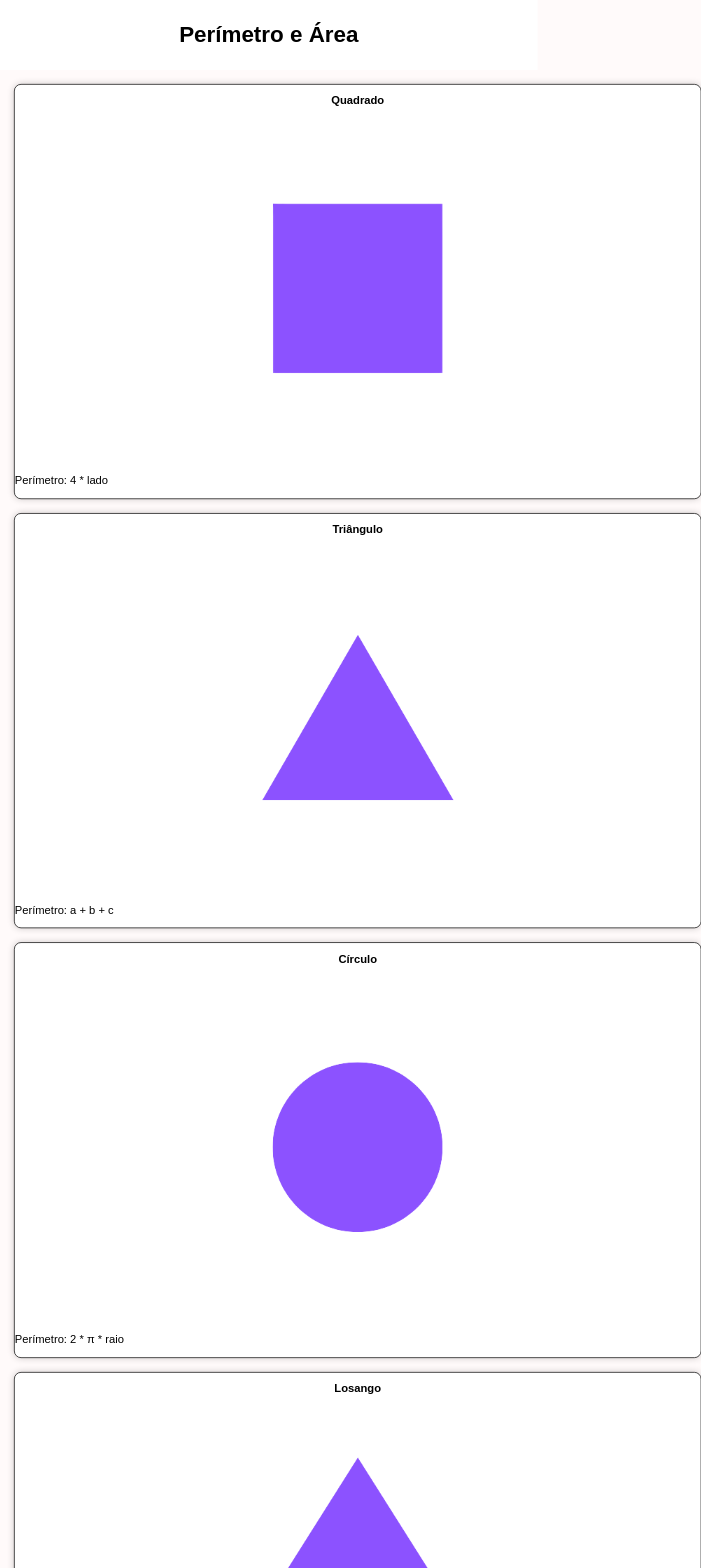
Repository: Matheus904-12/JAVASCRIPT
Page: index.html
The author's editor kept a copy of each file at every save. The page is drawn from the files as they stood at one save, then again after the next save.
The browser window is 768 px wide. The page is 1002 px wide, then 768 px, so the pictures cover 1002 px, including what lies to the right of the window. The pictures show the part of the page from y = 0 to 2240 px (the page is 2613 px tall before and 2653 px after), at 70% of full size.

Above is the page before, as saved 2023-09-10 22:12:52.

### index.html
<!DOCTYPE html>
<html>
<head>
  <title>Perímetro e Área</title>
  <meta charset="utf-8">
  <meta name="viewport" content="width=device-width, initial-scale=1">
  <link rel="stylesheet" href="style.css">
</head>
<body>
  <header>
    <center><h1>Perímetro e Área</h1></center>
  </header>
  <main>
    <div class="catalog">
      <div class="box" onclick="showQuestions('quadrado')">
        <h2 class="title">Quadrado</h2>
        <img class="image" src="Quadrado-removebg-preview.png" alt="Imagem 3">
        <p>Perímetro: 4 * lado</p>
      </div>
      <div class="box" onclick="showQuestions('triangulo')">
        <h2 class="title">Triângulo</h2>
        <img class="image" src="Triângulo-removebg-preview.png" alt="Imagem 3">
        <p>Perímetro: a + b + c</p>
      </div>
      <div class="box" onclick="showQuestions('circulo')">
        <h2 class="title">Círculo</h2>
        <img class="image" src="Círculo-removebg-preview.png" alt="Imagem 3">
        <p>Perímetro: 2 * π * raio</p>
      </div>
      <div class="box" onclick="showQuestions('losango')">
        <h2 class="title">Losango</h2>
        <img class="image" src="Losango-removebg-preview.png" alt="Imagem 3">
        <p>Perímetro: 4 * diagonal</p>
      </div>
    </div>
  </main>
  <footer>
    <p>O perímetro de uma figura é a distância ao redor dela.</p>
  </footer>
  <div id="questions" style="display: none;">
    <input type="text" id="question1" placeholder="Pergunta 1">
    <input type="text" id="question2" placeholder="Pergunta 2">
    <input type="button" value="Calcular" onclick="calculatePerimeter()">
  </div>
  <div id="results" style="display: none;">
    <h2>Resultados:</h2>
    <p id="result1"></p>
    <p id="result2"></p>
  </div>
  <script>
    var shape = '';

    function showQuestions(selectedShape) {
      shape = selectedShape;
      var questionsDiv = document.getElementById('questions');
      questionsDiv.style.display = 'block';

      var resultsDiv = document.getElementById('results');
      resultsDiv.style.display = 'none';
    }

    function calculatePerimeter() {
      var question1Value = document.getElementById('question1').value;
      var question2Value = document.getElementById('question2').value;

      if (shape === 'quadrado') {
        var sideLength = parseFloat(question1Value);
        var perimeter = 4 * sideLength;
        document.getElementById('result1').innerHTML = 'Perímetro: ' + perimeter + ' unidades';
        document.getElementById('result2').innerHTML = '';
      } else if (shape === 'triangulo') {
        // Lógica para triângulo
      } else if (shape === 'circulo') {
        // Lógica para círculo
      } else if (shape === 'losango') {
        // Lógica para losango
      }

      var questionsDiv = document.getElementById('questions');
      questionsDiv.style.display = 'none';

      var resultsDiv = document.getElementById('results');
      resultsDiv.style.display = 'block';
    }
  </script>
</body>
</html>

### style.css
body {
  font-family: sans-serif;
  margin: 0;
  padding: 0;
  background-color: snow;
}

header {
  background-color: #fff;
  padding: 10px;
}

main {
  width: 1000px;
  margin: 0 auto;
}

.catalog {
  display: flex;
  flex-wrap: wrap;
  margin: 10px;
  justify-content: space-around;
}

.box {
  width: 200px;
  height: 200px;
  border: 1.5px solid black;
  margin: 10px;
  background-color: #fff;
  border-radius: 10px;
  transition: all 0.5s ease-in-out;
  box-shadow: 0 0 10px 0 rgba(0, 0, 0, 0.2);
}

.box:hover {
  transform: scale(1.1);
  box-shadow: 0 0 20px 0 rgba(0, 0, 0, 0.4);
}

.title {
  font-size: 20px;
  text-align: center;
  margin-bottom: 10px;
}

.image {
  display: block;
  margin: 5px auto;
  max-width: 100%;
  max-height: 100%;
  height: 100%;
}

@media (max-width: 768px) {
  .catalog {
    flex-direction: column;
  }

  .box {
    width: 100%;
    height: 100%;
  }

  .title {
    font-size: 16px;
  }

  .image {
    margin: 0 auto;
  }
}

@keyframes title-animation {
  0% {
    opacity: 1;
  }
  50% {
    opacity: 0.5;
  }
  100% {
    opacity: 1;
  }
}

@keyframes image-animation {
  0% {
    transform: scale(1);
  }
  50% {
    transform: scale(0.9);
  }
  100% {
    transform: scale(1);
  }
}

After the next save:
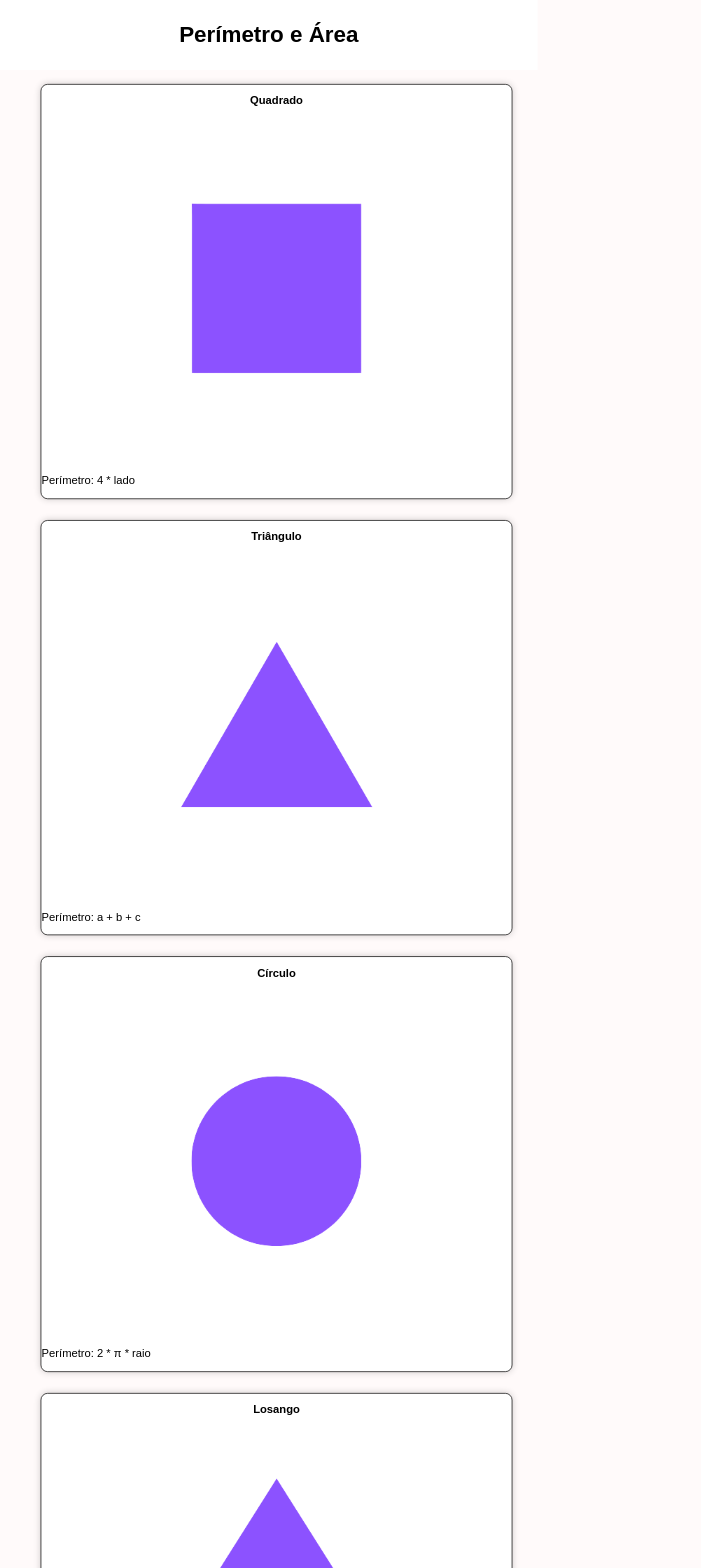
Saved 2 min 19 s later.
--- a/style.css
+++ b/style.css
@@ -1,3 +1,4 @@
+/* Estilos base que se aplicam a todos os tamanhos de tela */
 body {
   font-family: sans-serif;
   margin: 0;
@@ -11,7 +12,7 @@ header {
 }
 
 main {
-  width: 1000px;
+  max-width: 1000px; /* Limita a largura máxima para telas maiores */
   margin: 0 auto;
 }
 
@@ -52,45 +53,25 @@ main {
   height: 100%;
 }
 
+/* Estilos específicos para telas menores, como smartphones */
 @media (max-width: 768px) {
+  main {
+    width: 90%; /* Ajusta a largura para preencher a tela */
+  }
+
   .catalog {
-    flex-direction: column;
+    flex-direction: column; /* Alinha as caixas verticalmente */
   }
 
   .box {
     width: 100%;
-    height: 100%;
+    height: auto; /* Ajusta a altura automaticamente */
+    margin-bottom: 20px;
   }
 
   .title {
     font-size: 16px;
   }
-
-  .image {
-    margin: 0 auto;
-  }
 }
 
-@keyframes title-animation {
-  0% {
-    opacity: 1;
-  }
-  50% {
-    opacity: 0.5;
-  }
-  100% {
-    opacity: 1;
-  }
-}
-
-@keyframes image-animation {
-  0% {
-    transform: scale(1);
-  }
-  50% {
-    transform: scale(0.9);
-  }
-  100% {
-    transform: scale(1);
-  }
-}
+/* Outras Media Queries para telas maiores ou outras personalizações */
